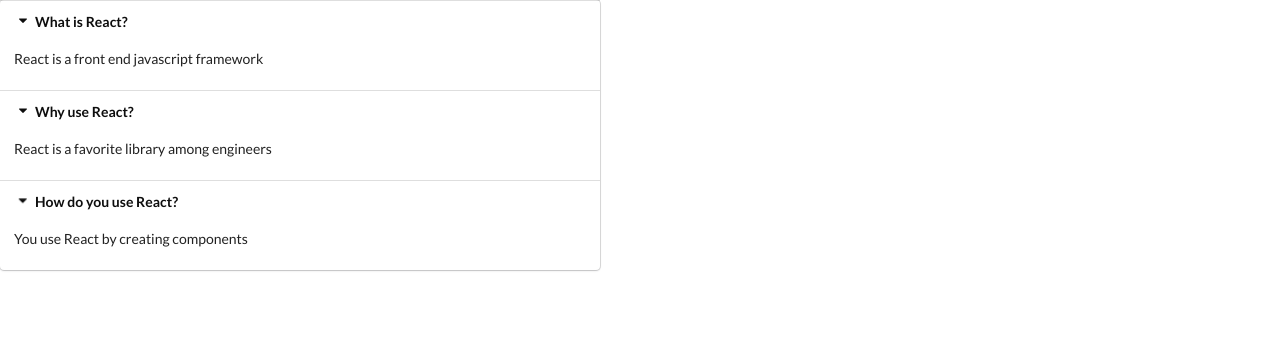
Repository: EgorSherstnev/widgets
Page: /
These files come from the project's save history. The page is drawn as it stood at one moment and after the next save; the edit follows.
The browser window is 1280 px wide. The pictures show the whole page.
Some web libraries are served in a nearby version. The project was rebuilt for these pictures with package versions that can differ from the ones it lists, and the page was loaded fresh each time.

Above is the page before, as saved 2022-10-24 22:45:01.

### public/index.html
<!DOCTYPE html>
<html lang="en">
  <head>
    <meta charset="utf-8" />
    <link rel="icon" href="%PUBLIC_URL%/favicon.ico" />
    <meta name="viewport" content="width=device-width, initial-scale=1" />
    <meta name="theme-color" content="#000000" />
    <meta
      name="description"
      content="Web site created using create-react-app"
    />
    <link rel="apple-touch-icon" href="%PUBLIC_URL%/logo192.png" />
    <link rel="stylesheet" href="https://cdnjs.cloudflare.com/ajax/libs/semantic-ui/2.5.0/semantic.min.css" />
    <!--
      manifest.json provides metadata used when your web app is installed on a
      user's mobile device or desktop. See https://developers.google.com/web/fundamentals/web-app-manifest/
    -->
    <link rel="manifest" href="%PUBLIC_URL%/manifest.json" />
    <!--
      Notice the use of %PUBLIC_URL% in the tags above.
      It will be replaced with the URL of the `public` folder during the build.
      Only files inside the `public` folder can be referenced from the HTML.

      Unlike "/favicon.ico" or "favicon.ico", "%PUBLIC_URL%/favicon.ico" will
      work correctly both with client-side routing and a non-root public URL.
      Learn how to configure a non-root public URL by running `npm run build`.
    -->
    <title>React App</title>
  </head>
  <body>
    <noscript>You need to enable JavaScript to run this app.</noscript>
    <div id="root"></div>
    <!--
      This HTML file is a template.
      If you open it directly in the browser, you will see an empty page.

      You can add webfonts, meta tags, or analytics to this file.
      The build step will place the bundled scripts into the <body> tag.

      To begin the development, run `npm start` or `yarn start`.
      To create a production bundle, use `npm run build` or `yarn build`.
    -->
  </body>
</html>

### src/index.js
import React from "react";
import ReactDOM from "react-dom";
import App from "./App";


ReactDOM.render(<App />, document.querySelector('#root'))

### src/App.js
import React from "react";
import Accordion from "./components/Accordion";

const items = [
    {
        title: 'What is React?',
        content: 'React is a front end javascript framework'
    },
    {
        title: 'Why use React?',
        content: 'React is a favorite library among engineers'
    },
    {
        title: 'How do you use React?',
        content: 'You use React by creating components'
    }
];

export default () => {
    return (
        <div>
            <Accordion items={ items }/>
        </div>
    );
};

### src/components/Accordion.js
import React from "react";

const onTitleClick = (index) => {
    console.log('Title clicked', index);
};

const Accordion = ({ items }) => {
    const renderedItems = items.map((item, index) => {
        return (
            <div key={item.title}>
                <div
                    className="title active"
                    onClick={() => onTitleClick(index)}
                >
                    <i className="dropdown icon"></i>
                    {item.title}
                </div>
                <div className="content active">
                    <p>{item.content}</p>
                </div>
            </div>
        )
    });

    return <div className="ui styled accordion">
        {renderedItems}
    </div>
};

export default Accordion;

After the next save:
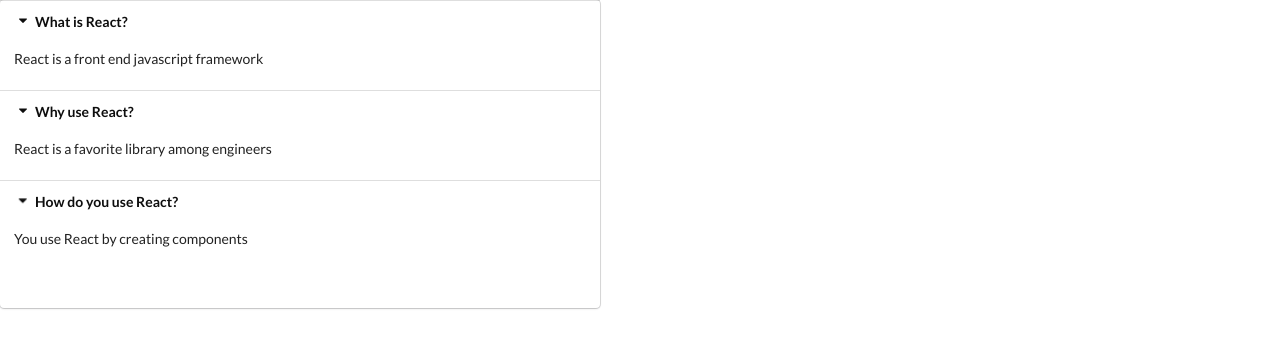
Saved 38 min 18 s later.
--- a/src/components/Accordion.js
+++ b/src/components/Accordion.js
@@ -1,10 +1,12 @@
-import React from "react";
-
-const onTitleClick = (index) => {
-    console.log('Title clicked', index);
-};
+import React, { useState } from "react";
 
 const Accordion = ({ items }) => {
+    const[activeIndex, setActiveIndex] = useState(null);
+
+    const onTitleClick = (index) => {
+        setActiveIndex(index);
+    };
+
     const renderedItems = items.map((item, index) => {
         return (
             <div key={item.title}>
@@ -24,6 +26,7 @@
 
     return <div className="ui styled accordion">
         {renderedItems}
+        <h1>{activeIndex}</h1>
     </div>
 };
 
